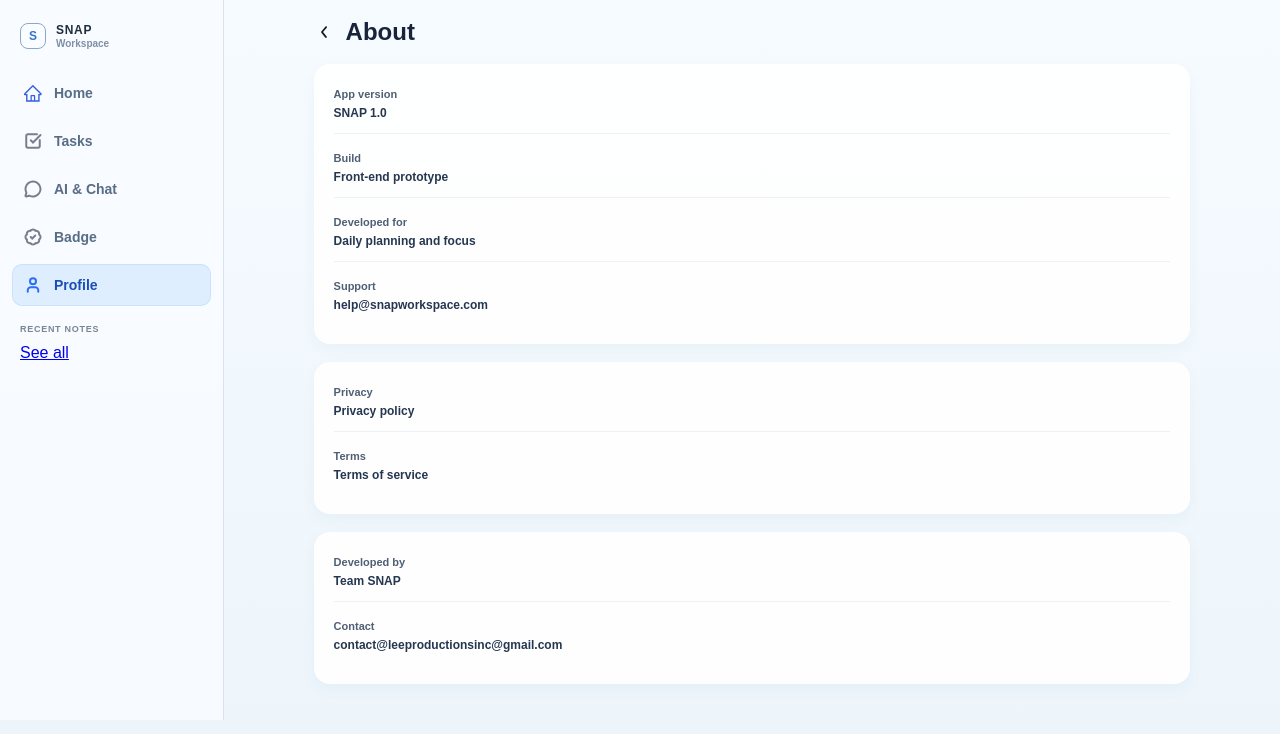
Repository: Lee-Productions-Inc/SNAP_productions
Page: pages/dashboard/profile/settings/about.html
An editor plug-in stored every save of this project. The page is shown before and after the next save, followed by the edit.
The browser window is 1280 px wide. The pictures show the whole page.

Above is the page before, as saved 2026-09-25 13:51:10.

After the next save:
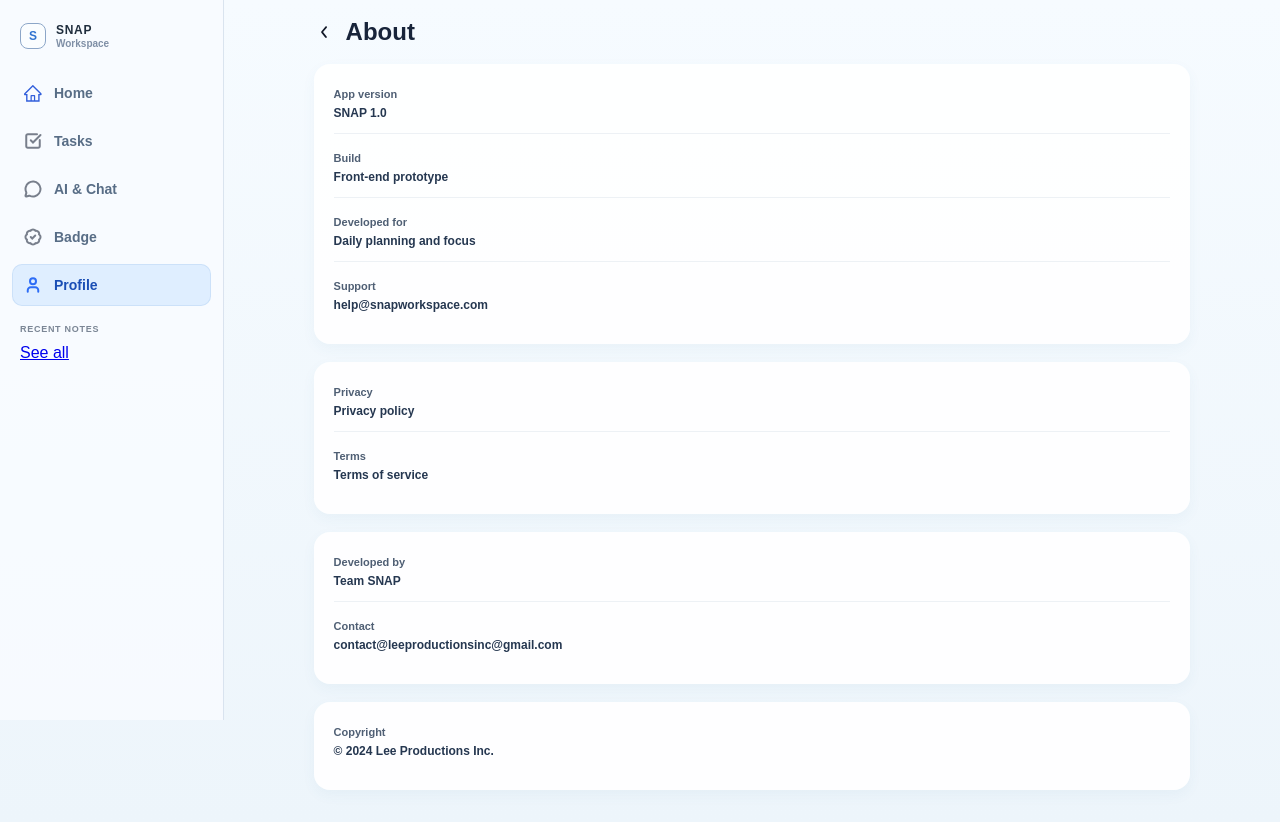
Saved 4 s later.
--- a/pages/dashboard/profile/settings/about.html
+++ b/pages/dashboard/profile/settings/about.html
@@ -93,7 +93,11 @@
                         </div>
                     </div>
 
-                    <div
+                    <div class="settings-card info-card compact-card">
+                        <div class="info-item">
+                            <span class="field-label">Copyright</span>
+                            <strong>© 2024 Lee Productions Inc.</strong>
+                        </div>
                 </section>
             </main>
         </div>
